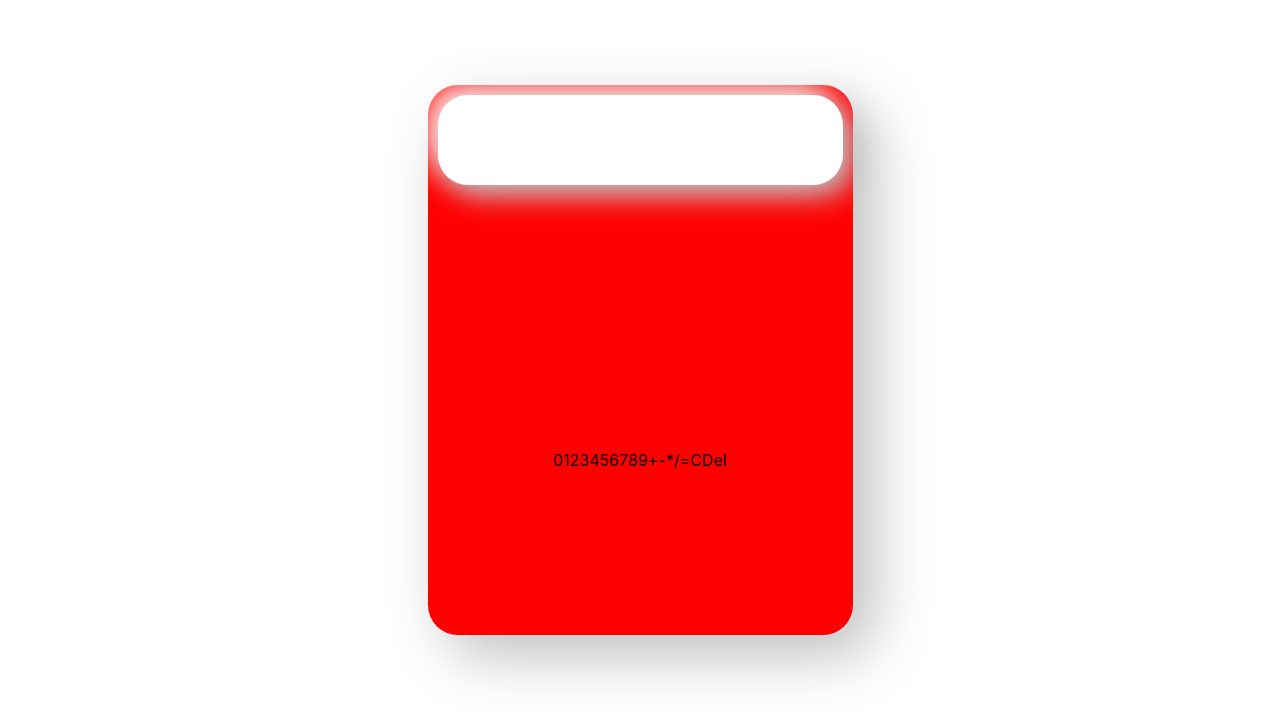
Repository: janidulnkg1/react-prac
Page: / (app in calculator/)
The author's editor kept a copy of each file at every save. The page is drawn from the files as they stood at one save, then again after the next save.
The browser window is 1280 px wide. The pictures show the whole page.
The project was rebuilt for these pictures with package versions that can differ from the ones it lists, and the page was loaded fresh each time. Also part of the build but not shown: calculator/src/App.css, calculator/src/components/Button.module.css.

Above is the page before, as saved 2023-09-15 11:01:04.

### calculator/src/App.js
import logo from './logo.svg';
import './App.css';
import Home from './components/Home';

function App() {
  return (
    <>
    <Home/>
    </>
  );
}

export default App;

### calculator/src/components/Home.js
import React from 'react'
import classes from "./Home.module.css"
import Button from './Button'


function Home() {

const buttons = ["0","1","2","3","4","5","6","7","8","9","+","-","*","/","=","C","Del"]






  return (
    <div className={classes.home}>
      <div className={classes.inner}>
        <div className={classes.result}>
          <div className={classes.resbox}>
            </div>
        </div>
      <div className={classes.btns}>
        {buttons.map((ele,index)=> {return <Button value={ele} key={index}/>})}
      </div>
      </div>
    </div>
  )
}

export default Home

### calculator/src/components/Home.module.css
*{
    padding: 0;
     margin: 0;
     box-sizing: border-box;
}

.home{
    height: 100vh;
    width: 100vw;
    display: flex;
    justify-content: center;
    align-items: center;
}

.inner{
    background-color:red;
    height: 550px;
    width: 425px;
    border-radius: 30px;
    /*background-color: #ece1e1;*/
    box-shadow: 20px 20px 60px #bebebe,
     -20px -20px 60px #ffffff;
}

.result{
    font-size: 2rem;
    width: 405px;
    height: 90px;
    scrollbar-width: none;
    margin: auto;
    margin-top: 10px;
    margin-bottom: 10px;
    border-radius: 30px;
    background: white;
    box-shadow: 10px 10px 30px #bebebe,
    -10px -10px 30px #ffffff;
}

.resbox{
    width: 390px;
    height: min-content;
    overflow-y: auto;
    padding-left: 10px;
    padding-right: 10px;
    text-align: right;
}

.btns{
    height: 530px;
    width: 425px;
    display: flex;
    flex-flow: row wrap;
    justify-content: center;
    align-items:center;
    border-radius:30px;
}

### calculator/src/components/Button.js
import React from 'react'
import classes from "./Button.module.css"

function Button({value}) {
  return (
    <div className={classes.calcBtns}>
        {value}
    </div>
  )
}

export default Button

Loaded but not shown: calculator/public/index.html (common file); calculator/src/index.js (common file); calculator/src/index.css (common file); calculator/src/reportWebVitals.js (common file)

After the next save:
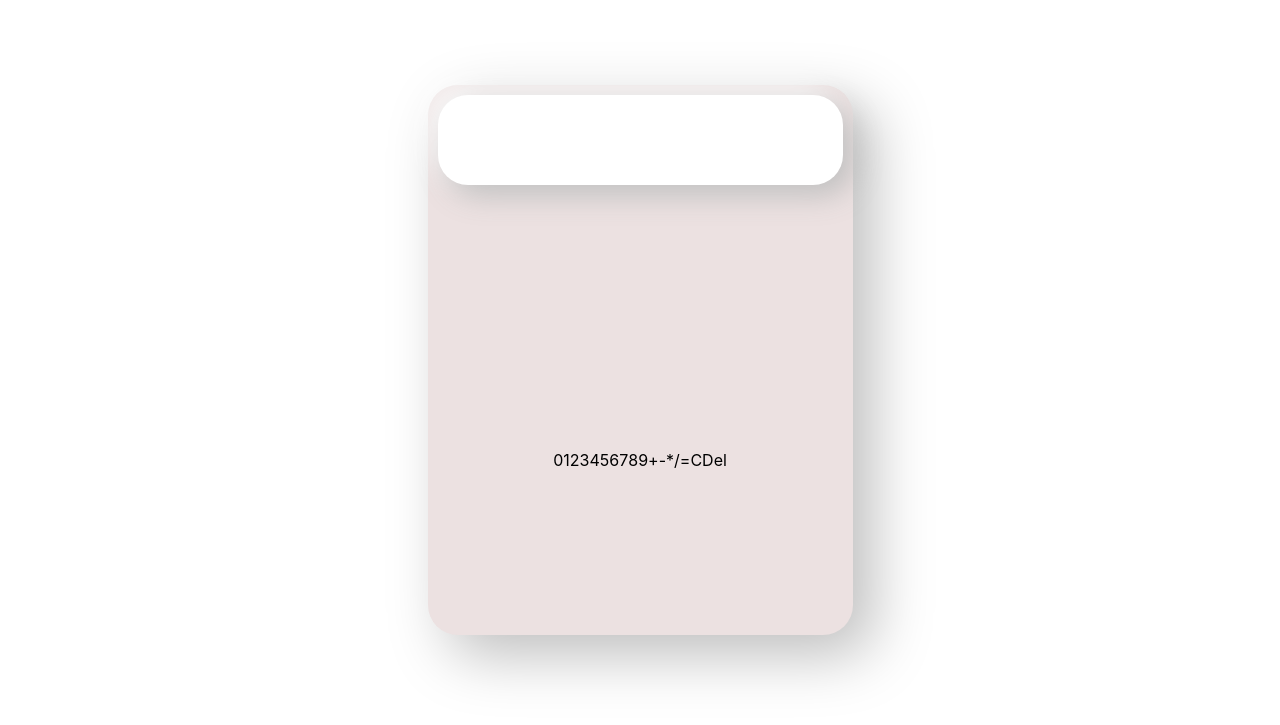
Saved 25 s later.
--- a/calculator/src/components/Home.module.css
+++ b/calculator/src/components/Home.module.css
@@ -13,11 +13,10 @@
 }
 
 .inner{
-    background-color:red;
     height: 550px;
     width: 425px;
     border-radius: 30px;
-    /*background-color: #ece1e1;*/
+    background-color: #ece1e1;
     box-shadow: 20px 20px 60px #bebebe,
      -20px -20px 60px #ffffff;
 }
